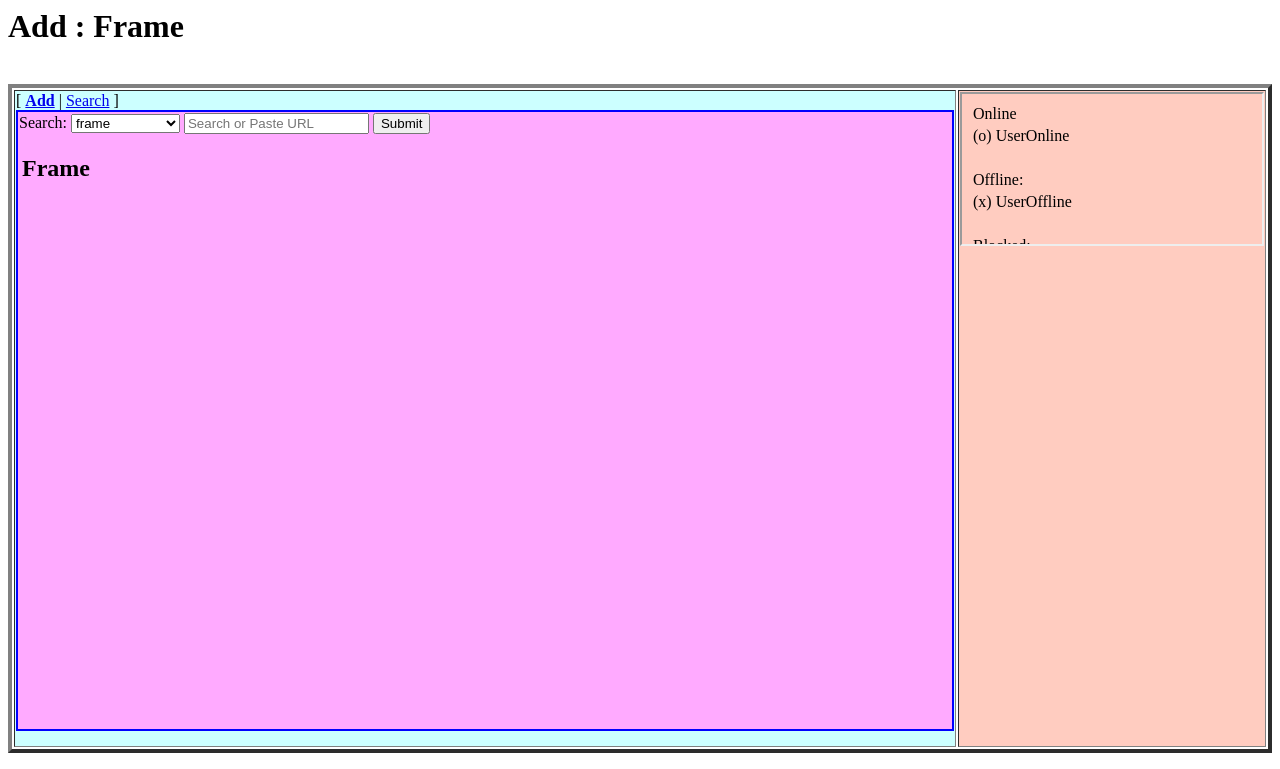
Repository: nevinleiby/SwapRC
Page: http://localhost/add_interface.php
These files come from the project's save history. The page is drawn as it stood at one moment and after the next save; the edit follows.
The browser window is 1280 px wide. The pictures show the whole page.
The page is run by PHP 8.4 with error messages shown; the project is at /var/www/html/. Queries for data that is not in the repository find no rows.

Above is the page before, as saved 2019-09-09 12:49:44.
Console error (its wording comes from the project's code and is left out).

After the next save:
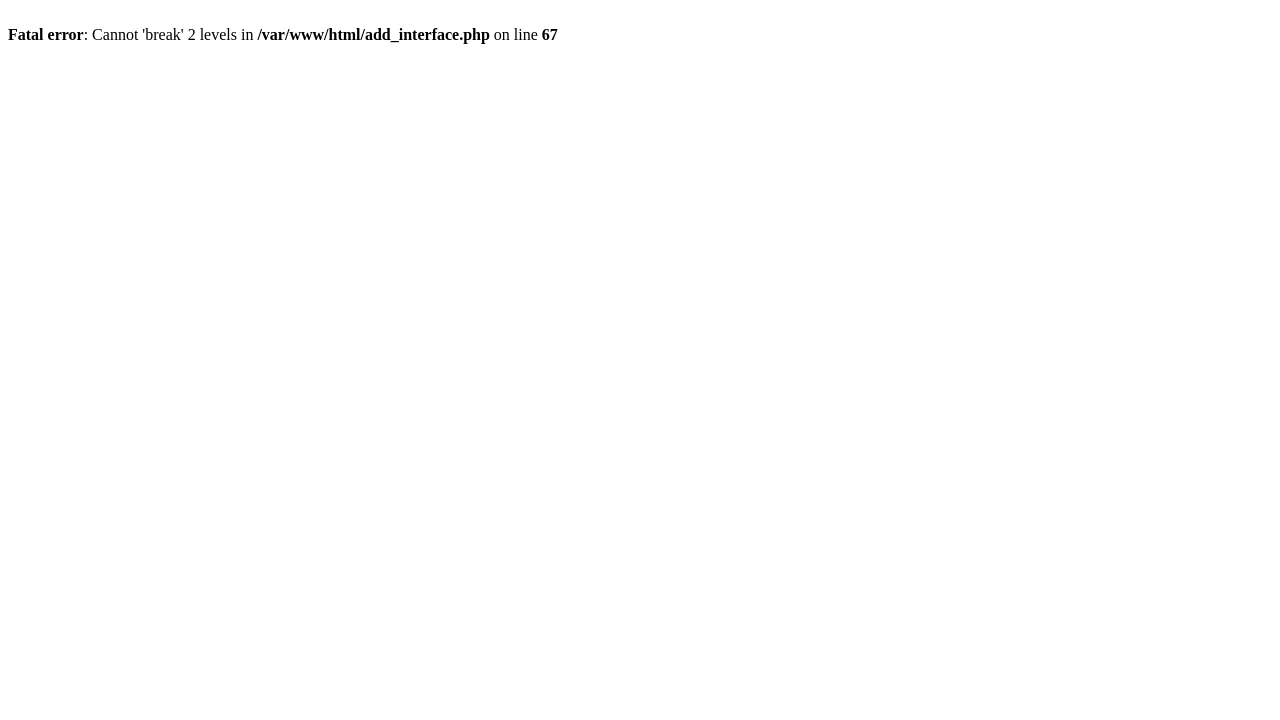
The error is gone.
Saved 9 s later.
--- a/add_interface.php
+++ b/add_interface.php
@@ -64,7 +64,7 @@
             {
                 $table_name = $item;
                 echo "Requested ($q_category) vs actual ($item)<br>";
-                break;
+                break 2;
             }
         }
     }

After the save that followed:
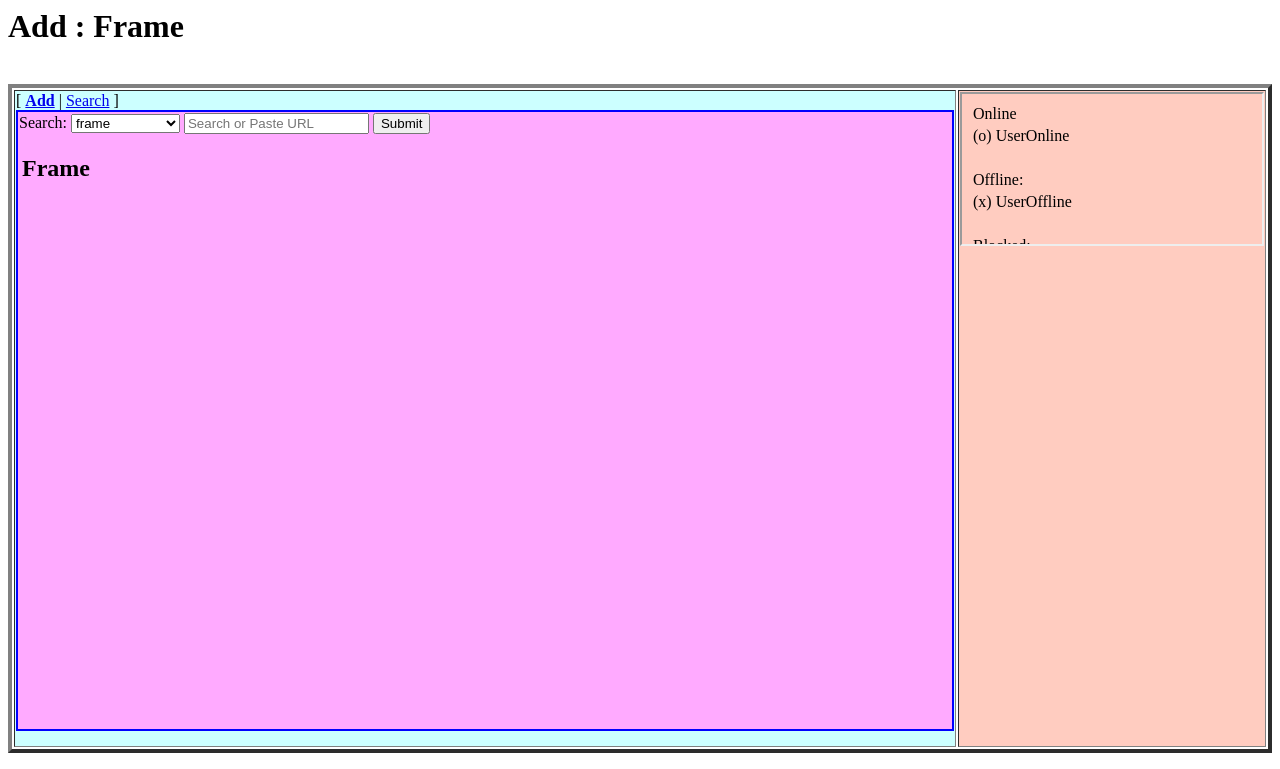
Console error (its wording comes from the project's code and is left out).
Saved 13 s later.
--- a/add_interface.php
+++ b/add_interface.php
@@ -64,7 +64,7 @@
             {
                 $table_name = $item;
                 echo "Requested ($q_category) vs actual ($item)<br>";
-                break 2;
+                break;
             }
         }
     }
